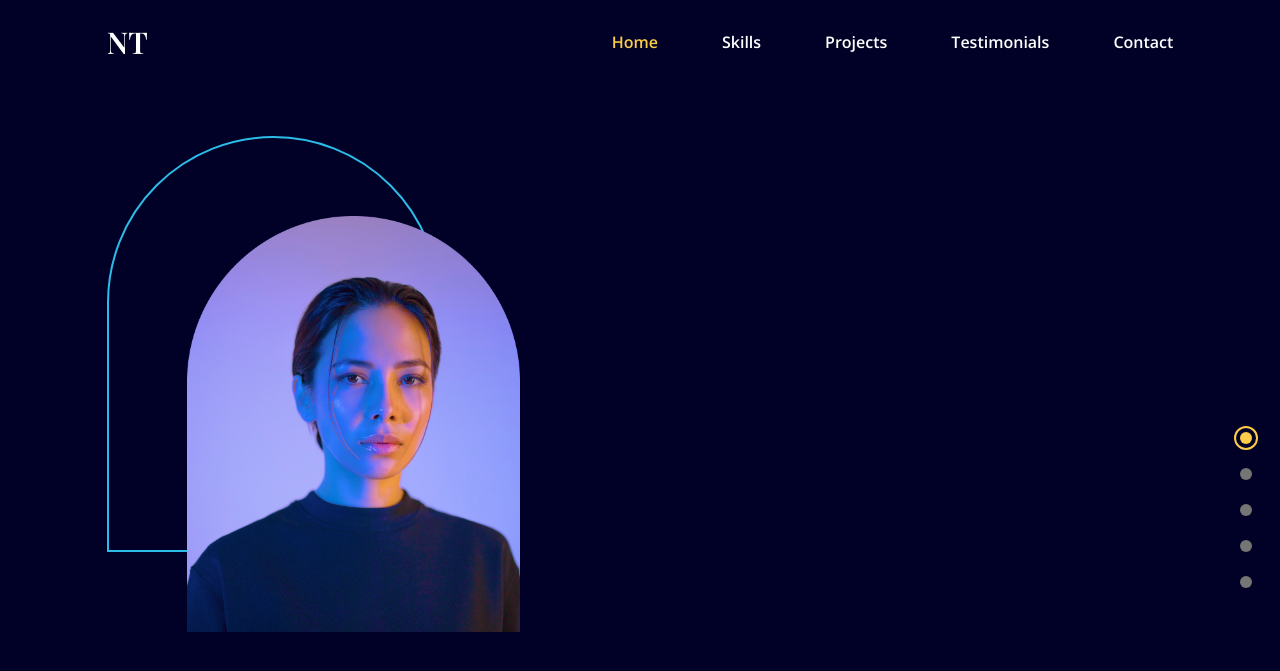
Repository: thibaultNicolas/portfolio-react
Page: /
The author's editor kept a copy of each file at every save. The page is drawn from the files as they stood at one save, then again after a run of saves.
The browser window is 1280 px wide. The pictures show the whole page.
The project was rebuilt for these pictures with package versions that can differ from the ones it lists, and the page was loaded fresh each time. Also part of the build but not shown: next.config.ts.

Above is the page before, as saved 2023-01-08 10:35:00.

After the next 2 saves:
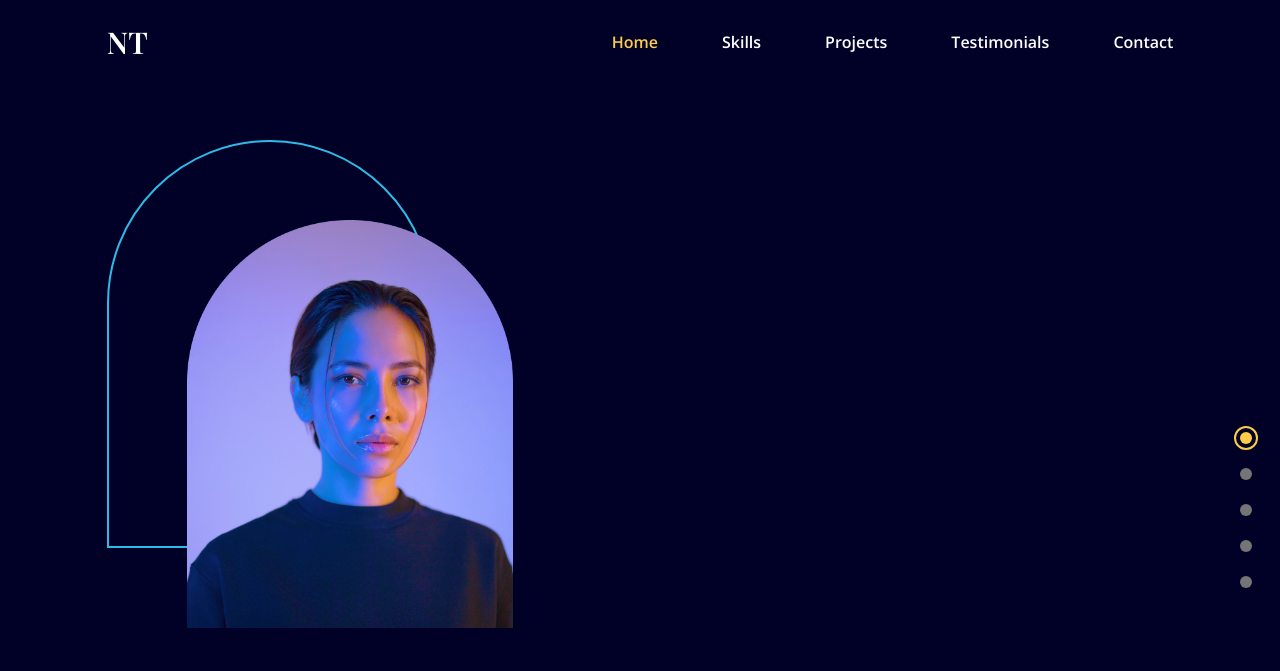
The 2 saves are shown as one change because they came seconds apart.
The last was saved 12 s later.
--- a/src/scenes/Landing.jsx
+++ b/src/scenes/Landing.jsx
@@ -41,7 +41,7 @@ const Landing = ({ setSelectedPage }) => {
                         }}
                     >
                         <p className='text-6xl font-playfair z-10 text-center md:text-start'>Nicolas {""}
-                        <span className='xs:relative xs:text-deep-blue '>
+                        <span className='xs:relative xs:text-deep-blue xs:font-semibold z-20'>
                             Thibault
                         </span>
                         </p>
